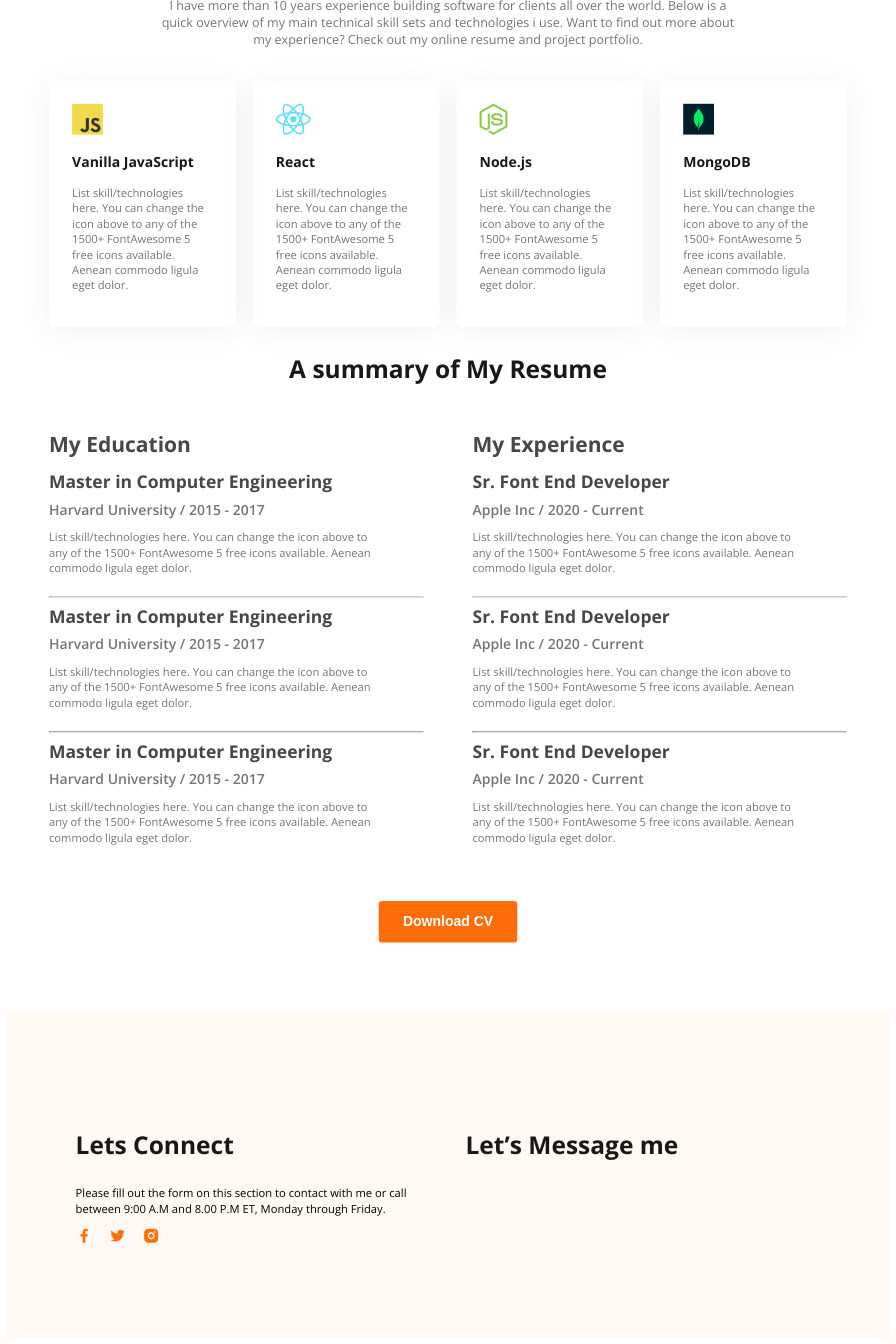
Repository: ShouravAhammed/Simple-Portfolio-Webpage
Page: index.html
An editor plug-in stored every save of this project. The page is shown before and after the next save, followed by the edit.
The browser window is 1280 px wide. The pictures show the part of the page from y = 1746 to 3666 px (the page is 3666 px tall), at 70% of full size.

Above is the page before, as saved 2024-01-06 04:01:23.

After the next save:
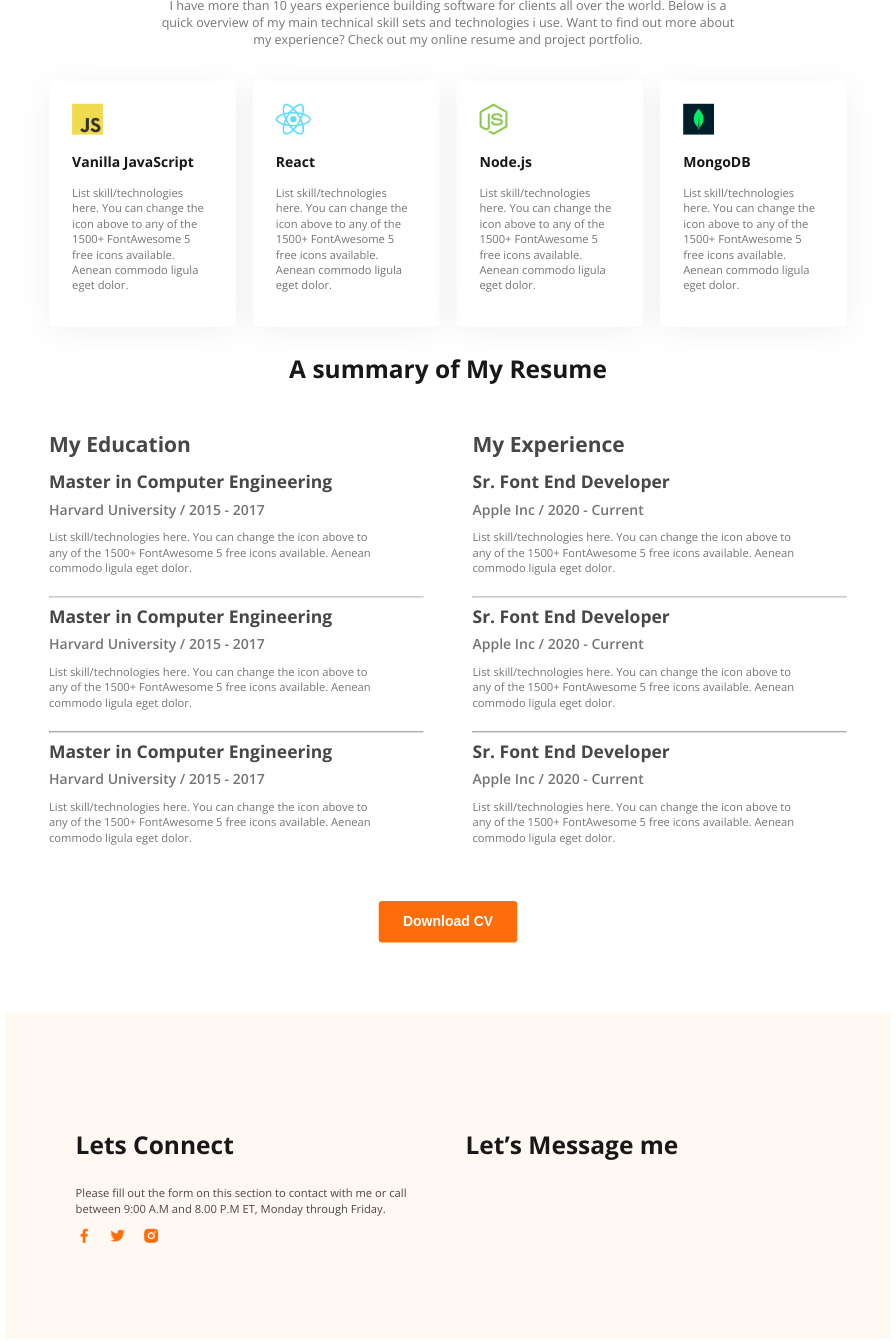
Saved 49 s later.
--- a/index.css
+++ b/index.css
@@ -204,6 +204,11 @@ footer{
 .footer-column{
     width: 50%;
 }
+.footer-description{
+    color: #474747;
+    font-size: 16px;
+    font-weight: 400;
+}
 .left-align{
     text-align: left;
 }
